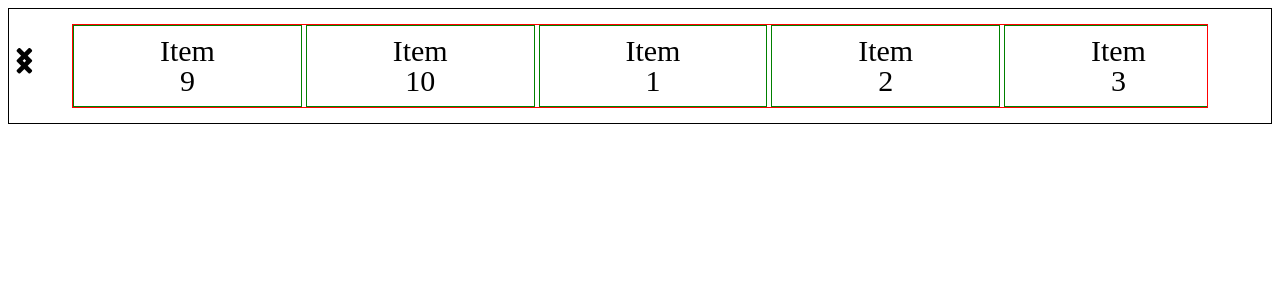
Repository: SAYYODTURINALIYEV/sassasa
Page: snov.html
The author's editor kept a copy of each file at every save. The page is drawn from the files as they stood at one save, then again after the next save.
The browser window is 1280 px wide. The pictures show the whole page.

Above is the page before, as saved 2022-05-19 16:49:41.

After the next save:
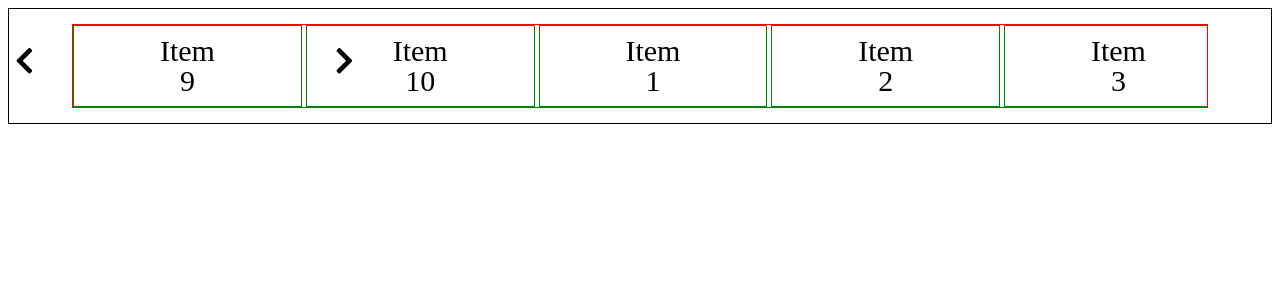
Saved 24 s later.
--- a/snov.css
+++ b/snov.css
@@ -37,3 +37,7 @@
     outline: 0;
     top: 35px;
 }
+
+.MS-right {
+    margin-left: 20rem;
+}
